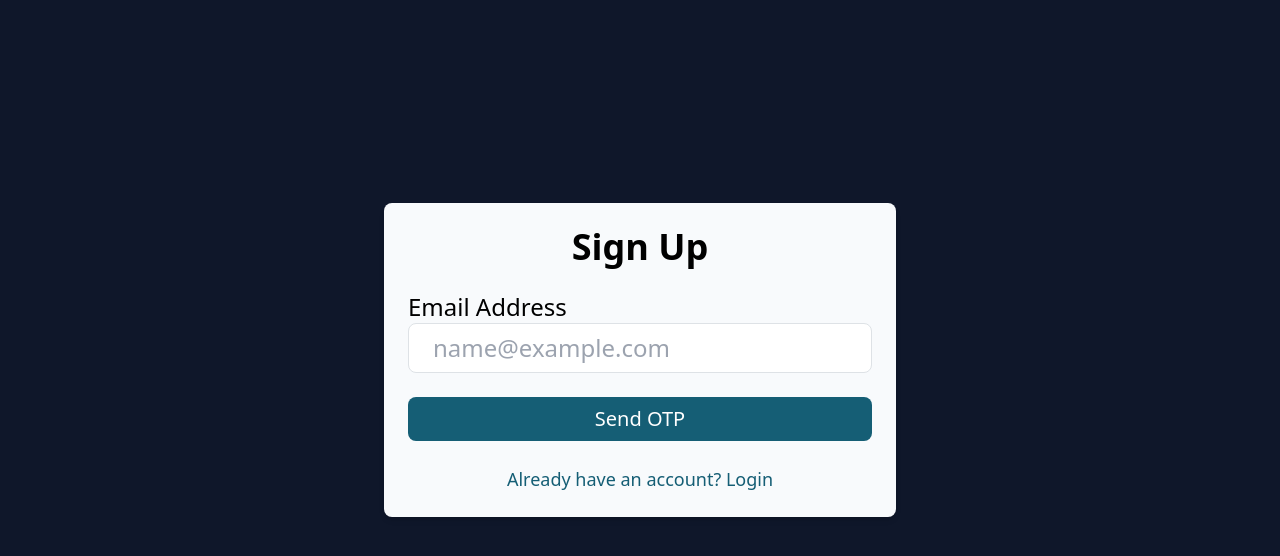
Repository: sayyad-mukthumsa-123/Movie-Verse
Page: /register (app in frontend/)
The author's editor kept a copy of each file at every save. The page is drawn from the files as they stood at one save, then again after the next save.
The browser window is 1280 px wide. The pictures show the whole page.
The page's requests for data from a server got no answer. The project was rebuilt for these pictures with package versions that can differ from the ones it lists, and the page was loaded fresh each time. No one was signed in, and anything a server would have sent is missing. Also part of the build but not shown: frontend/src/pages/Welcome.jsx, frontend/src/components/Logout.jsx, frontend/src/components/Navbar.jsx, frontend/src/components/Cards.jsx, frontend/src/pages/Home.jsx, frontend/src/pages/SignIn.jsx, frontend/src/components/AvatarSelection.jsx, frontend/src/pages/MovieRecommendations.jsx and 17 more.

Above is the page before, as saved 2025-02-18 22:46:43.

### frontend/public/index.html
<!DOCTYPE html>
<html lang="en">

<head>
  <meta charset="utf-8" />
  <link rel="icon" href="%PUBLIC_URL%/favicon.ico" />
  <meta name="viewport" content="width=device-width, initial-scale=1" />
  <meta name="theme-color" content="#000000" />
  <meta name="description" content="Web site created using create-react-app" />
  <link rel="apple-touch-icon" href="%PUBLIC_URL%/logo192.png" />
  <!--
      manifest.json provides metadata used when your web app is installed on a
      user's mobile device or desktop. See https://developers.google.com/web/fundamentals/web-app-manifest/
    -->
  <link rel="manifest" href="%PUBLIC_URL%/manifest.json" />
  <link rel="stylesheet" href="https://cdn.jsdelivr.net/npm/bootstrap@5.3.2/dist/css/bootstrap.min.css"
    integrity="sha384-T3c6CoIi6uLrA9TneNEoa7RxnatzjcDSCmG1MXxSR1GAsXEV/Dwwykc2MPK8M2HN" crossorigin="anonymous" />
  <!--
      Notice the use of %PUBLIC_URL% in the tags above.
      It will be replaced with the URL of the `public` folder during the build.
      Only files inside the `public` folder can be referenced from the HTML.

      Unlike "/favicon.ico" or "favicon.ico", "%PUBLIC_URL%/favicon.ico" will
      work correctly both with client-side routing and a non-root public URL.
      Learn how to configure a non-root public URL by running `npm run build`.
    -->
  <title>MovieVerse</title>
</head>

<body>
  <noscript>You need to enable JavaScript to run this app.</noscript>
  <div id="root"></div>
  <!--
      This HTML file is a template.
      If you open it directly in the browser, you will see an empty page.

      You can add webfonts, meta tags, or analytics to this file.
      The build step will place the bundled scripts into the <body> tag.

      To begin the development, run `npm start` or `yarn start`.
      To create a production bundle, use `npm run build` or `yarn build`.
    -->
</body>

</html>

### frontend/src/index.css
/* body {
  margin: 0;
  font-family: -apple-system, BlinkMacSystemFont, 'Segoe UI', 'Roboto', 'Oxygen',
    'Ubuntu', 'Cantarell', 'Fira Sans', 'Droid Sans', 'Helvetica Neue',
    sans-serif;
  -webkit-font-smoothing: antialiased;
  -moz-osx-font-smoothing: grayscale;
}

code {
  font-family: source-code-pro, Menlo, Monaco, Consolas, 'Courier New',
    monospace;
} */


/* @tailwind base;
@tailwind components;
@tailwind utilities; */


/* @import "tailwindcss/base";
@import "tailwindcss/components";
@import "tailwindcss/utilities"; */


/* src/index.css */
@tailwind base;
@tailwind components;
@tailwind utilities;

### frontend/src/App.js
import { BrowserRouter, Route, Routes } from "react-router-dom";
import Welcome from "./pages/Welcome";
import Home from "./pages/Home";
import SignIn from "./pages/SignIn";
import SignUp from "./pages/SignUp";
import Details from "./pages/MovieDetail";
import MovieSearch from "./pages/MovieSearch";
import PopularMovies from "./pages/PopularMovies";
import TrendingMovies from "./pages/TrendingMovies";
import DirectorSearch from "./pages/DirectorSearch";
import HeroSearch from "./pages/HeroSearch";
import HeroineSearch from "./pages/HeroineSearch";
import Search from "./pages/Search";
import GenreSearch from "./pages/GenreSearch";
import LangSearch from "./pages/LangSearch";
import ProtectedRoute from "./components/ProtectedRoute"; // Import ProtectedRoute
import ProfilePage from "./pages/ProfilePage"; // ProfilePage component
import UpdateProfile from "./pages/UpdateProfile";
import ResetPassword from "./components/ResetPassword";
import ReviewRating from "./pages/ReviewRating";
import ContactUs from "./pages/ContactUs";
import MovieDetail from "./pages/MovieDetail";


const App = () => {
  return (
    <div className="App">

      <BrowserRouter>
        <Routes>

          <Route path="/" element={<Welcome />} />
          <Route path="/register" element={<SignUp />} />
          <Route path="/login" element={<SignIn />} />


          <Route
            path="/home_login"
            element={
              <ProtectedRoute>
                <Home />
              </ProtectedRoute>
            }
          />
          <Route
            path="/details"
            element={
              <ProtectedRoute>
                <Details />
              </ProtectedRoute>
            }
          />
          <Route
            path="/popular"
            element={
              <ProtectedRoute>
                <PopularMovies />
              </ProtectedRoute>
            }
          />
          <Route
            path="/trending"
            element={
              <ProtectedRoute>
                <TrendingMovies />
              </ProtectedRoute>
            }
          />
          <Route
            path="/search/movie"
            element={
              <ProtectedRoute>
                <MovieSearch />
              </ProtectedRoute>
            }
          />
          <Route
            path="/search/director"
            element={
              <ProtectedRoute>
                <DirectorSearch />
              </ProtectedRoute>
            }
          />
          <Route
            path="/search/hero"
            element={
              <ProtectedRoute>
                <HeroSearch />
              </ProtectedRoute>
            }
          />
          <Route
            path="/search/heroine"
            element={
              <ProtectedRoute>
                <HeroineSearch />
              </ProtectedRoute>
            }
          />
          <Route
            path="/search/genre"
            element={
              <ProtectedRoute>
                <GenreSearch />
              </ProtectedRoute>
            }
          />
          <Route
            path="/search/lang"
            element={
              <ProtectedRoute>
                <LangSearch />
              </ProtectedRoute>
            }
          />
          <Route
            path="/search"
            element={
              <ProtectedRoute>
                <Search />
              </ProtectedRoute>
            }
          />
          <Route
            path="/movie/:id"
            element={
              <ProtectedRoute>
                <Details />
              </ProtectedRoute>
            }
          />
          <Route path="api/profile/:email" element={
            <ProtectedRoute>
              <ProfilePage />
            </ProtectedRoute>}
          />
          <Route path="/update-profile/:email" element={
            <ProtectedRoute>
              <UpdateProfile />
            </ProtectedRoute>}
          />
          <Route path="/profile/:email" element={
            <ProtectedRoute><ProfilePage />
            </ProtectedRoute>} />
          <Route path="/reset-password/:email" element={

            <ResetPassword />

          }
          />


          {/* Movie review and rating route */}

          <Route path="/movie/:movieId/review-rating" element={
            <ProtectedRoute><ReviewRating />
            </ProtectedRoute>} />



          <Route path="/contact" element={
            <ProtectedRoute><ContactUs />
            </ProtectedRoute>} />

        </Routes>

      </BrowserRouter>
    </div>
  );
};

export default App;

### frontend/src/pages/SignUp.jsx
import React, { useEffect, useState } from "react";
import { Link, useNavigate } from "react-router-dom";
import { ToastContainer, toast } from "react-toastify";
import "react-toastify/dist/ReactToastify.css";
import { FaEye, FaEyeSlash } from "react-icons/fa";
import AvatarSelection from "../components/AvatarSelection";

const SignUp = () => {
  const [step, setStep] = useState(1);
  const [email, setEmail] = useState("");
  const [otp, setOtp] = useState("");
  const [otpSent, setOtpSent] = useState(false);
  const [isOtpVerified, setIsOtpVerified] = useState(false);
  const [username, setUsername] = useState("");
  const [password, setPassword] = useState("");
  const [confirmPassword, setConfirmPassword] = useState("");
  const [passwordVisible, setPasswordVisible] = useState(false);
  const [confirmPasswordVisible, setConfirmPasswordVisible] = useState(false);
  const [selectedAvatar, setSelectedAvatar] = useState(null);
  const navigate = useNavigate();

  useEffect(() => {
    const token = localStorage.getItem("token");
    /////see once
    if (token) {
      navigate("/home_login"); // Redirect if already logged in
    }
  }, [navigate]);

  // Validate email format
  const isValidEmail = (email) => {
    const regex = /^[a-zA-Z0-9._-]+@[a-zA-Z0-9.-]+\.[a-zAZ]{2,4}$/;
    return regex.test(email);
  };

  // Send OTP to user's email
  const sendOtp = async () => {
    if (!isValidEmail(email)) {
      toast.error("Please enter a valid email address.");
      return;
    }

    try {
      const response = await fetch("http://localhost:5000/send-otp", {
        method: "POST",
        headers: { "Content-Type": "application/json" },
        body: JSON.stringify({ email }),
      });

      const data = await response.json();
      if (response.ok) {
        toast.success("OTP sent to your email!");
        setOtpSent(true);
      } else {
        toast.error(data.message || "Error sending OTP.");
      }
    } catch (error) {
      toast.error("An error occurred. Please try again.");
    }
  };


  // Verify OTP entered by the user
  const verifyOtp = async () => {
    try {
      const response = await fetch("http://localhost:5000/verify-otp", {
        method: "POST",
        headers: { "Content-Type": "application/json" },
        body: JSON.stringify({ email, otp }),
      });

      const data = await response.json();
      if (response.ok) {
        toast.success("OTP verified successfully!");
        setIsOtpVerified(true);
        setStep(2); // Move to next step (username/password)
      } else {
        toast.error(data.message || "Invalid OTP.");
      }
    } catch (error) {
      toast.error("An error occurred. Please try again.");
    }
  };

  // Handle form submission for user registration
  const handleSubmit = async (event) => {
    event.preventDefault();

    if (!selectedAvatar) {
      toast.error("Please select an avatar.");
      return;
    }

    if (!username || !password || !confirmPassword) {
      toast.error("Please fill in all fields.");
      return;
    }

    if (password !== confirmPassword) {
      toast.error("Passwords do not match.");
      return;
    }

    try {
      const response = await fetch("http://localhost:5000/register", {
        method: "POST",
        headers: { "Content-Type": "application/json" },
        body: JSON.stringify({
          username,
          email,
          password,
          confirmPassword,
          avatar: selectedAvatar, // Include the avatar selected by the user
        }),
      });

      const data = await response.json();

      if (response.ok) {
        toast.success("Registration successful!");
        setTimeout(() => {
          navigate("/home_login"); // Redirect to login page after successful registration
        }, 2000);
      } else {
        toast.error(data.message || "Registration failed.");
      }
    } catch (error) {
      toast.error("An error occurred. Please try again later.");
    }
  };

  // Toggle password visibility
  const togglePasswordVisibility = () => setPasswordVisible(!passwordVisible);

  // Toggle confirm password visibility
  const toggleConfirmPasswordVisibility = () => setConfirmPasswordVisible(!confirmPasswordVisible);

  return (
    <div className="flex items-center justify-center min-h-screen bg-slate-900">
      <div className="w-full max-w-lg bg-slate-50 rounded-lg shadow-md p-6">
        <h1 className="text-4xl font-bold text-black text-center mb-6">Sign Up</h1>

        {/* Step 1: Email Input and OTP Section */}
        <div className="mb-4">
          <label className="block text-2xl font-medium text-black">Email Address</label>
          <input
            type="email"
            className="w-full text-2xl px-4 py-2 border rounded-lg focus:outline-none focus:ring focus:ring-black"
            placeholder="name@example.com"
            value={email}
            onChange={(e) => setEmail(e.target.value)}
          />
        </div>

        {step === 1 && !otpSent && (
          <>
            <button
              onClick={sendOtp}
              className="bg-cyan-800 hover:bg-cyan-700 text-white text-xl py-2 px-4 rounded-lg w-full"
            >
              Send OTP
            </button>

            <div className="mt-4 text-center">
              <Link to="/login" className="text-cyan-800 text-lg">
                Already have an account? Login
              </Link>
            </div>
          </>
        )}

        {otpSent && !isOtpVerified && (
          <>
            <div className="mb-4">
              <label className="block text-xl font-medium text-cyan-800">Enter OTP</label>
              <input
                type="text"
                className="w-full text-2xl px-4 py-2 border rounded-lg focus:outline-none focus:ring focus:ring-cyan-800"
                placeholder="Enter OTP"
                value={otp}
                onChange={(e) => setOtp(e.target.value)}
              />
              <button
                onClick={verifyOtp}
                className="bg-cyan-800 hover:bg-cyan-700 text-white text-xl py-2 px-4 rounded-lg w-full mt-4"
              >
                Verify OTP
              </button>
            </div>

            <div className="mt-4 text-center">
              <Link to="/login" className="text-cyan-800 text-lg">
                Already have an account? Login
              </Link>
            </div>
          </>
        )}

        {/* Step 2: Username and Password Section */}
        {isOtpVerified && step === 2 && (
          <>
            <div className="mb-4">
              <label className="block text-2xl font-medium text-cyan-800">Username</label>
              <input
                type="text"
                className="w-full text-2xl px-4 py-2 border rounded-lg focus:outline-none focus:ring focus:ring-cyan-800"
                placeholder="Enter username"
                value={username}
                onChange={(e) => setUsername(e.target.value)}
              />
            </div>

            <div className="mb-4 relative">
              <label className="block text-2xl font-medium text-cyan-800">Password</label>
              <input
                type={passwordVisible ? "text" : "password"}
                className="w-full text-2xl px-4 py-2 border rounded-lg focus:outline-none focus:ring focus:ring-cyan-800"
                placeholder="Enter password"
                value={password}
                onChange={(e) => setPassword(e.target.value)}
              />
              <button
                onClick={togglePasswordVisibility}
                className="absolute right-4 top-10 text-cyan-800"
              >
                {passwordVisible ? <FaEyeSlash /> : <FaEye />}
              </button>
            </div>

            <div className="mb-4 relative">
              <label className="block text-2xl font-medium text-cyan-800">Confirm Password</label>
              <input
                type={confirmPasswordVisible ? "text" : "password"}
                className="w-full text-2xl px-4 py-2 border rounded-lg focus:outline-none focus:ring focus:ring-cyan-800"
                placeholder="Confirm password"
                value={confirmPassword}
                onChange={(e) => setConfirmPassword(e.target.value)}
              />
              <button
                onClick={toggleConfirmPasswordVisibility}
                className="absolute right-4 top-10 text-cyan-800"
              >
                {confirmPasswordVisible ? <FaEyeSlash /> : <FaEye />}
              </button>
            </div>

            {/* Avatar Selection */}
            <AvatarSelection onSelectAvatar={setSelectedAvatar} />

            <button
              onClick={handleSubmit}
              className="bg-cyan-800 hover:bg-cyan-700 text-white text-xl py-2 px-4 rounded-lg w-full"
            >
              Register
            </button>
          </>
        )}

      </div>

      <ToastContainer />
    </div>
  );
};

export default SignUp;

### frontend/tailwind.config.js
module.exports = {
  content: [
    "./src/**/*.{js,jsx,ts,tsx}", // Include all source files in the frontend
  ],
  theme: {
    extend: {},
  },
  plugins: [],
};

Loaded but not shown: frontend/src/index.js (common file); frontend/src/reportWebVitals.js (common file)

After the next save:
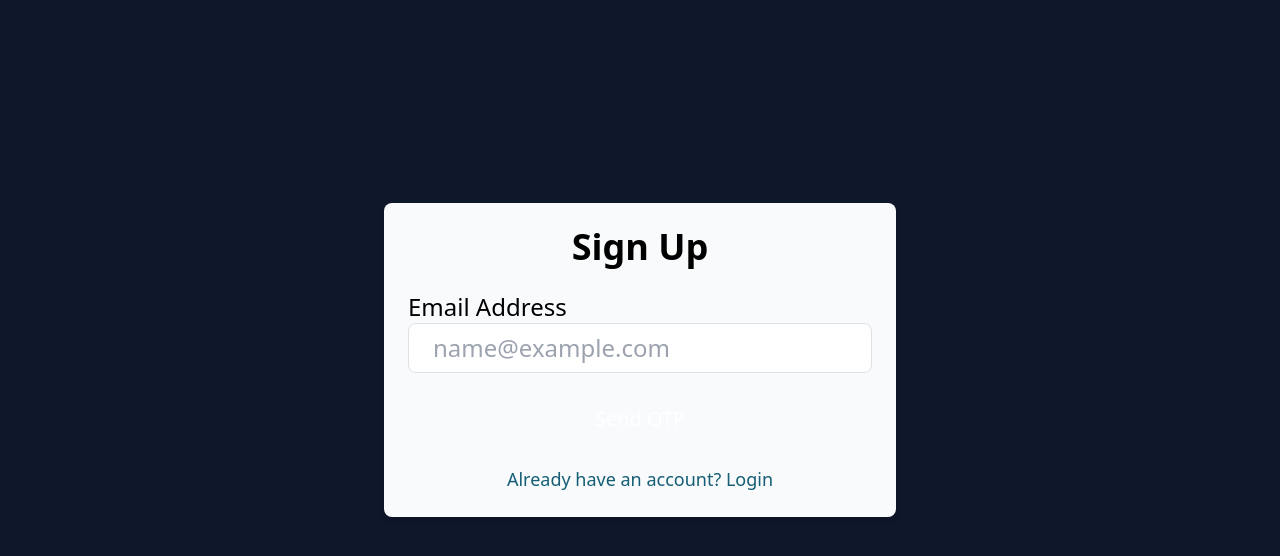
Saved 22 s later.
--- a/frontend/src/pages/SignUp.jsx
+++ b/frontend/src/pages/SignUp.jsx
@@ -156,7 +156,7 @@
           <>
             <button
               onClick={sendOtp}
-              className="bg-cyan-800 hover:bg-cyan-700 text-white text-xl py-2 px-4 rounded-lg w-full"
+              className="b hover:bg-cyan-700 text-white text-xl py-2 px-4 rounded-lg w-full"
             >
               Send OTP
             </button>
